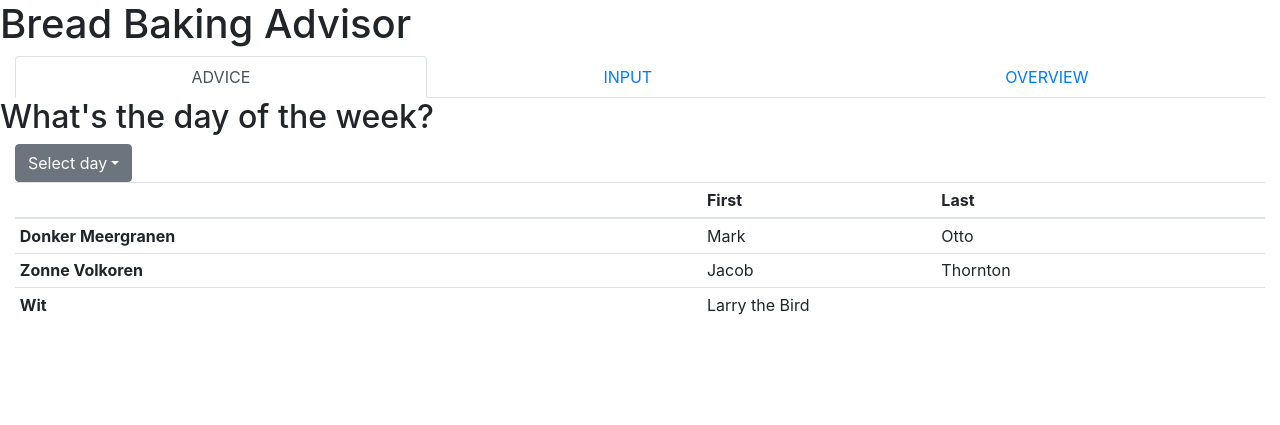
Repository: MarthGimenzo/bread-baking-advisor
Page: index.html
The author's editor kept a record of every edit. The page is drawn from the files as they stood at one moment, then again after the next edit.
The browser window is 1280 px wide. The pictures show the whole page.

Above is the page before.

### index.html
<!doctype html>
<html lang="en">

<head>
    <!-- Required meta tags -->
    <meta charset="utf-8">
    <meta name="viewport" content="width=device-width, initial-scale=1, shrink-to-fit=no">

    <!-- Bootstrap CSS -->
    <link rel="stylesheet" href="https://stackpath.bootstrapcdn.com/bootstrap/4.3.1/css/bootstrap.min.css" integrity="sha384-ggOyR0iXCbMQv3Xipma34MD+dH/1fQ784/j6cY/iJTQUOhcWr7x9JvoRxT2MZw1T" crossorigin="anonymous">
    <link rel="stylesheet" href="" type="text/css" />
    <title>Bread Baking Advisor</title>
</head>

<body>

    <h1>Bread Baking Advisor</h1>
    <div class="container-fluid">
        <ul class="nav nav-tabs nav-fill">
            <li class="nav-item">
                <a class="nav-link active" href="#">ADVICE</a>
            </li>
            <li class="nav-item">
                <a class="nav-link" href="#">INPUT</a>
            </li>
            <li class="nav-item">
                <a class="nav-link" href="#">OVERVIEW</a>
            </li>
        </ul>
    </div>
    <h2>What's the day of the week?</h2>
    <div class="container-fluid">
        <div class="dropdown">
            <button class="btn btn-secondary dropdown-toggle" type="button" id="dropdownMenuButton" data-toggle="dropdown" aria-haspopup="true" aria-expanded="false">Select day</button>
            <div class="dropdown-menu" aria-labelledby="dropdownMenuButton">
                <a class="dropdown-item" href="#">Tuesday</a>
                <a class="dropdown-item" href="#">Wednesday</a>
                <a class="dropdown-item" href="#">Thursday</a>
                <a class="dropdown-item" href="#">Friday</a>
                <a class="dropdown-item" href="#">Saturday</a>
                <a class="dropdown-item" href="#">Sunday</a>
            </div>
        </div>
    </div>
    <div class="container-fluid">
        <table class="table table-sm">
  <thead>
    <tr>
      <th scope="col"></th>
      <th scope="col">First</th>
      <th scope="col">Last</th>

    </tr>
  </thead>
  <tbody>
    <tr>
      <th scope="row">Donker Meergranen</th>
      <td>Mark</td>
      <td>Otto</td>

    </tr>
    <tr>
      <th scope="row">Zonne Volkoren</th>
      <td>Jacob</td>
      <td>Thornton</td>

    </tr>
    <tr>
      <th scope="row">Wit</th>
      <td colspan="2">Larry the Bird</td>

    </tr>
  </tbody>
</table>
    </div>



    <!-- Optional JavaScript -->
    <!-- jQuery first, then Popper.js, then Bootstrap JS -->
    <script src="https://code.jquery.com/jquery-3.3.1.slim.min.js" integrity="sha384-q8i/X+965DzO0rT7abK41JStQIAqVgRVzpbzo5smXKp4YfRvH+8abtTE1Pi6jizo" crossorigin="anonymous"></script>
    <script src="https://cdnjs.cloudflare.com/ajax/libs/popper.js/1.14.7/umd/popper.min.js" integrity="sha384-UO2eT0CpHqdSJQ6hJty5KVphtPhzWj9WO1clHTMGa3JDZwrnQq4sF86dIHNDz0W1" crossorigin="anonymous"></script>
    <script src="https://stackpath.bootstrapcdn.com/bootstrap/4.3.1/js/bootstrap.min.js" integrity="sha384-JjSmVgyd0p3pXB1rRibZUAYoIIy6OrQ6VrjIEaFf/nJGzIxFDsf4x0xIM+B07jRM" crossorigin="anonymous"></script>
</body>

</html>

After the next edit:
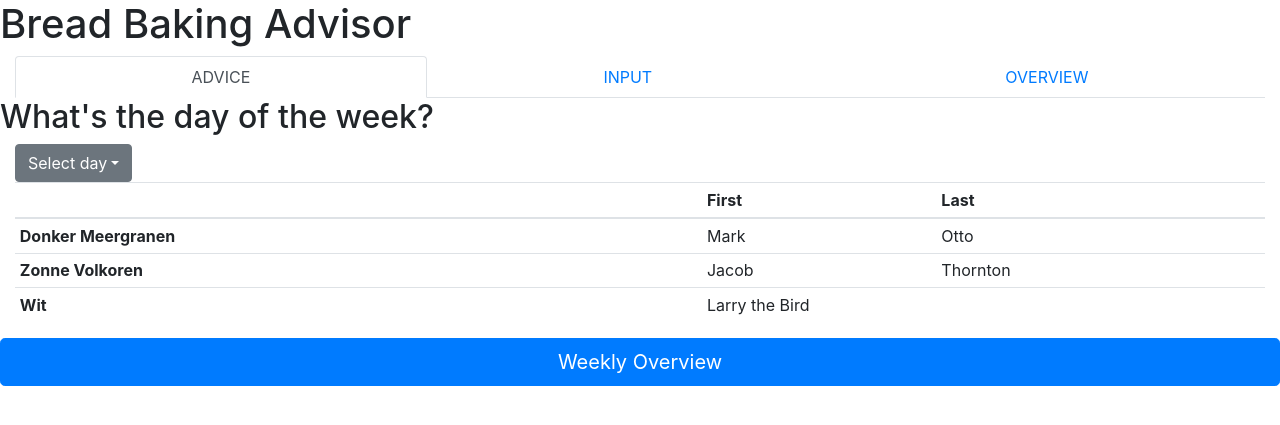
The edit:
--- a/index.html
+++ b/index.html
@@ -44,35 +44,38 @@
     </div>
     <div class="container-fluid">
         <table class="table table-sm">
-  <thead>
-    <tr>
-      <th scope="col"></th>
-      <th scope="col">First</th>
-      <th scope="col">Last</th>
+            <thead>
+                <tr>
+                    <th scope="col"></th>
+                    <th scope="col">First</th>
+                    <th scope="col">Last</th>
 
-    </tr>
-  </thead>
-  <tbody>
-    <tr>
-      <th scope="row">Donker Meergranen</th>
-      <td>Mark</td>
-      <td>Otto</td>
+                </tr>
+            </thead>
+            <tbody>
+                <tr>
+                    <th scope="row">Donker Meergranen</th>
+                    <td>Mark</td>
+                    <td>Otto</td>
 
-    </tr>
-    <tr>
-      <th scope="row">Zonne Volkoren</th>
-      <td>Jacob</td>
-      <td>Thornton</td>
+                </tr>
+                <tr>
+                    <th scope="row">Zonne Volkoren</th>
+                    <td>Jacob</td>
+                    <td>Thornton</td>
 
-    </tr>
-    <tr>
-      <th scope="row">Wit</th>
-      <td colspan="2">Larry the Bird</td>
+                </tr>
+                <tr>
+                    <th scope="row">Wit</th>
+                    <td colspan="2">Larry the Bird</td>
 
-    </tr>
-  </tbody>
-</table>
+                </tr>
+            </tbody>
+        </table>
     </div>
+<footer>
+    <button type="button" class="btn btn-primary btn-lg btn-block">Weekly Overview</button>
+</footer>
 
 
 
